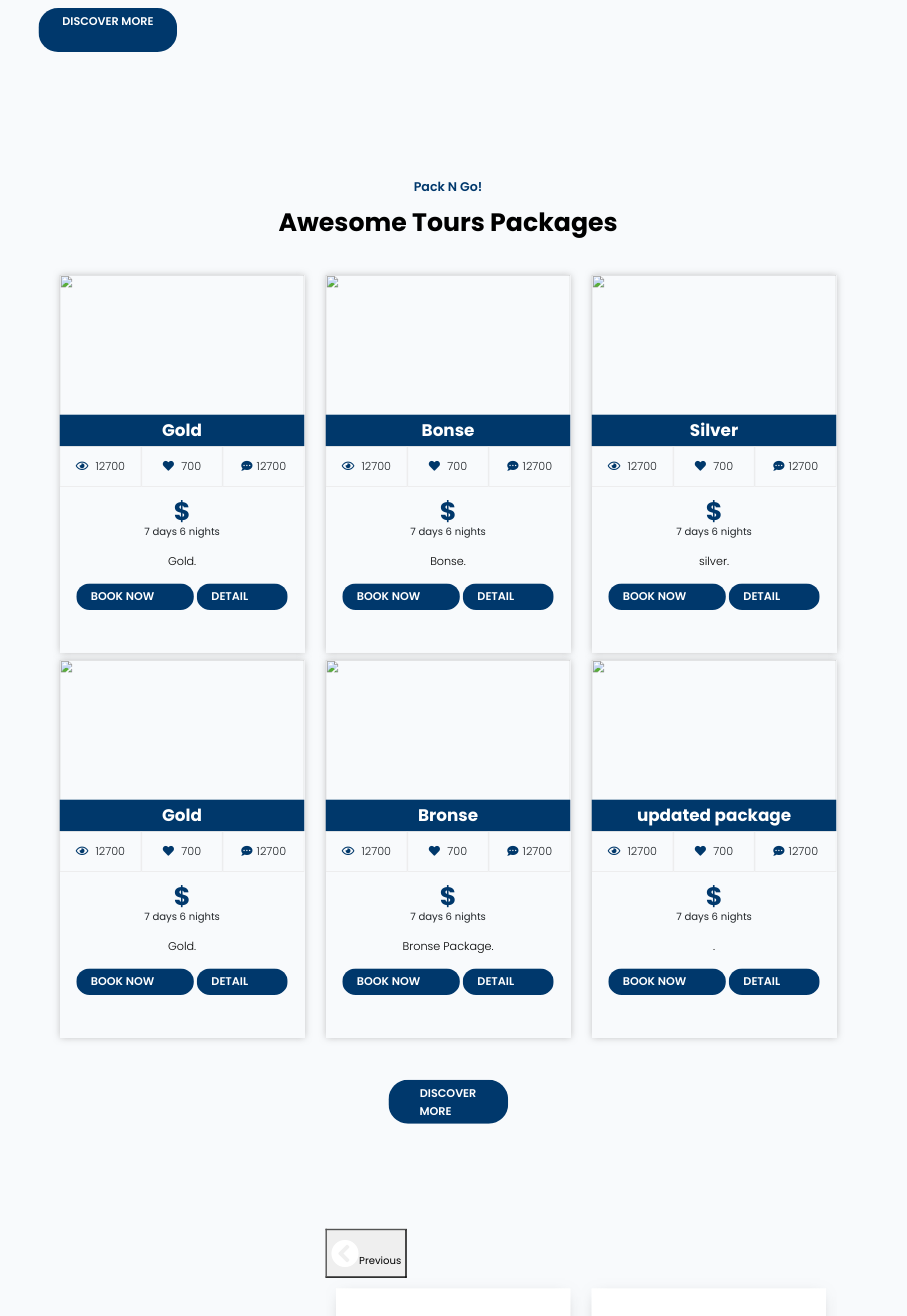
Repository: wasitmirani/laratest
Page: http://localhost/
The author's editor kept a copy of each file at every save. The page is drawn from the files as they stood at one save, then again after the next save.
The browser window is 1280 px wide. The page is 1295 px wide, so the pictures cover 1295 px, including what lies to the right of the window. The pictures show the part of the page from y = 2549 to 4429 px (the page is 5596 px tall), at 70% of full size.
Some web libraries are served in a nearby version. The page is served by the project's Laravel application, run on PHP 8.4 with Laravel 8. The database holds what the project's SQL file puts in it.

Above is the page before, as saved 2021-06-30 12:07:13.
Console error: TypeError: Cannot read properties of undefined (reading 'settings')

After the next save:
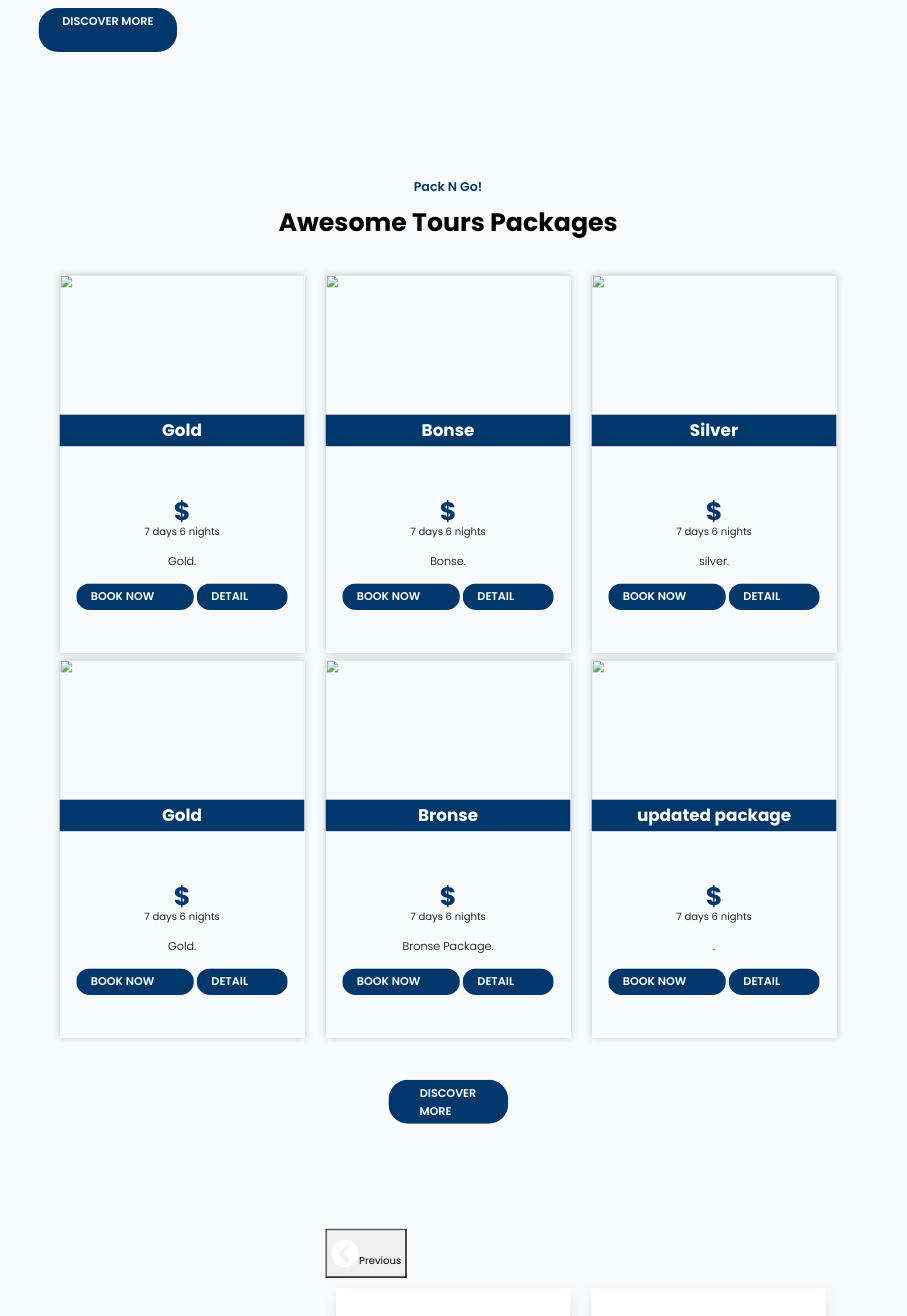
Saved 8 min 14 s later.
--- a/resources/views/frontend/components/packagesComponent.blade.php
+++ b/resources/views/frontend/components/packagesComponent.blade.php
@@ -9,11 +9,11 @@
             <div class="col-lg-4"  style="padding-top: 10px;">
                 <div class="box">
                     <div class="img-box"><img src="{{asset('/admin/img/package/'.$package->thumbnail)}}" class="img-fluid" alt=""><h3>{{$package->name}}</h3></div>
-                    <ul class="list-unstyled">
+                    {{-- <ul class="list-unstyled">
                         <li class="list-inline-item"><i class="far fa-eye"></i> 12700</li>
                         <li class="list-inline-item"><i class="fas fa-heart"></i> 700</li>
                         <li class="list-inline-item"><i class="fas fa-comment-dots"></i>12700</li>
-                    </ul>
+                    </ul> --}}
                     <div class="content">
                         <p><strong>$ {{$package->price}}</strong>7 days 6 nights</p>
                         <p class="para-one">{{$package->description}}.</p>
